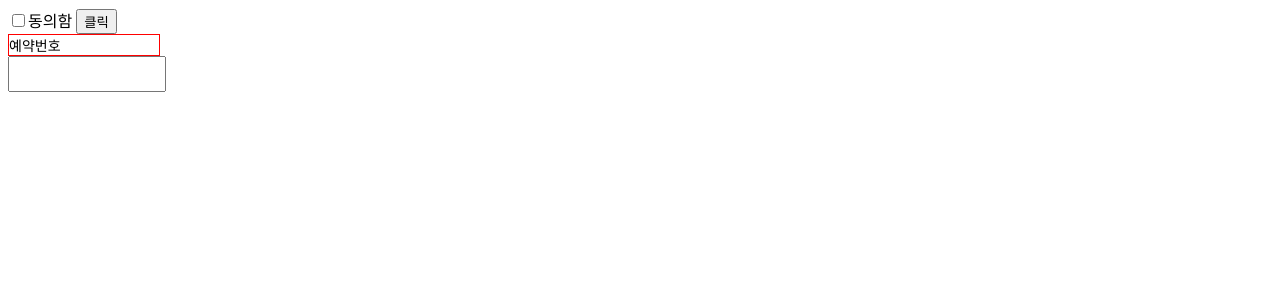
Repository: mekeyace/portfolio
Page: http://localhost/web/check.jsp
An editor plug-in stored every save of this project. The page is shown before and after the next save, followed by the edit.
The browser window is 1280 px wide. The pictures show the whole page.
The page is served by Tomcat 9.

Above is the page before, as saved 2023-06-22 02:19:11.

After the next save:
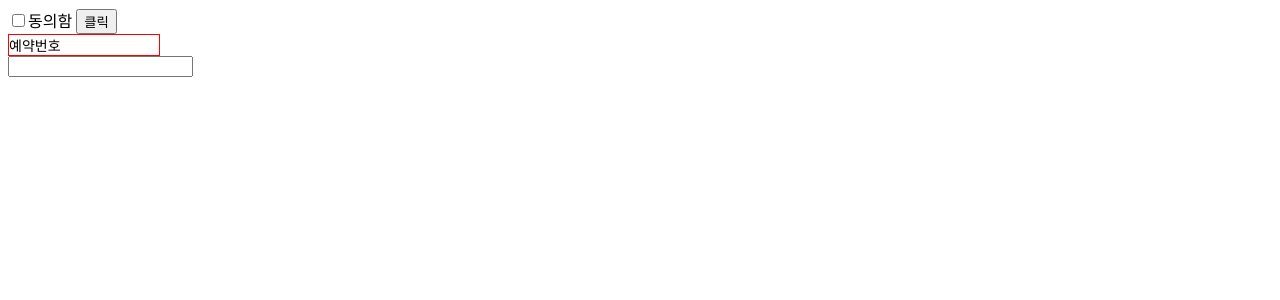
Saved 13 min 6 s later.
--- a/maven/web/src/main/webapp/check.jsp
+++ b/maven/web/src/main/webapp/check.jsp
@@ -15,7 +15,7 @@
 <input type="button" value="클릭" onclick="abc()">
 
 <div style="font-size:14px; width:150px; border:1px solid red;">예약번호</div>
-<input type="text" style="width:150px; height:30px;">
+<input type="text" class="ins">
 <br>
 </form>
 <!-- 체크박스2 : 체크시 : Y 미체크시 : null -->
